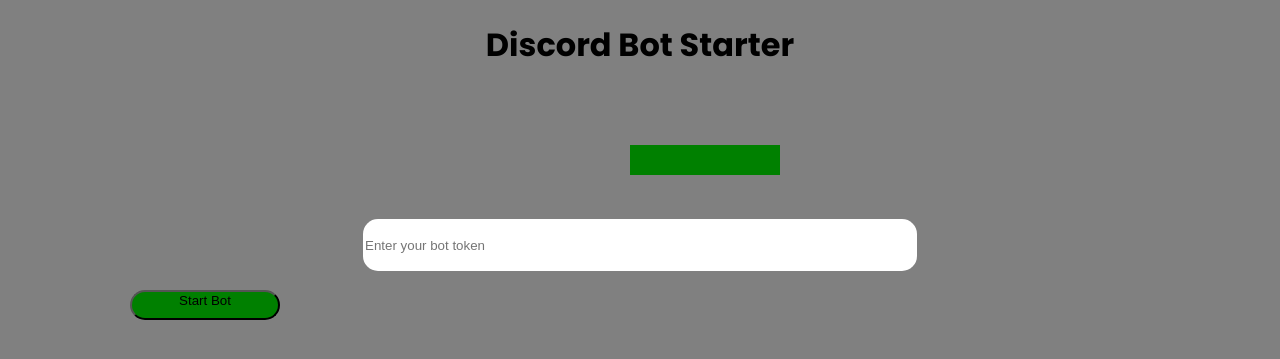
Repository: ranger2202/discord-bot-panel
Page: ranger-bot-runner/app/templates/landing.html
The author's editor kept a copy of each file at every save. The page is drawn from the files as they stood at one save, then again after a run of saves.
The browser window is 1280 px wide. The pictures show the whole page.

Above is the page before, as saved 2023-12-30 12:07:11.

### ranger-bot-runner/app/templates/landing.html
<!DOCTYPE html>
<html lang="en">
<head>
    <meta charset="UTF-8">
    <meta name="viewport" content="width=device-width, initial-scale=1.0">
    <link rel="stylesheet" href="./../static/landing.css">
    <link rel="preconnect" href="https://fonts.googleapis.com">
    <link rel="preconnect" href="https://fonts.gstatic.com" crossorigin>
    <link href="https://fonts.googleapis.com/css2?family=Poppins:wght@400;500;600;700&display=swap" rel="stylesheet">
    <title>Discord Bot Starterqwrqwr</title>
</head>
<body>
    <h1 class="bot-header">Discord Bot Starter</h1>
    <div class="bot-token">
        <input class="bot-token-password" type="password" id="token" placeholder="Enter your bot token">
    </div>
    <div class="start-button">
        <button class="start-button" onclick="startBot()">Start Bot</button>
    </div>


    <script type="text/javascript" src="./../static/js/app.js"></script>
</body>
</html>

### ranger-bot-runner/app/static/landing.css
body {
    background-color: grey;
    padding: 0;
    margin: 0;
    font-family: 'Poppins', sans-serif;
}
.start-button{
    cursor: pointer;
    display: flex;
    justify-content: center;
    position: absolute;
    right: 500px;
    width: 150px;
    height: 30px;
    background-color: green;


    top: 145px;
}
.start-button button{
    border-radius: 15px;

}
.bot-header{
    display: flex;
    justify-content: center;
}
.bot-token{
    display: flex;
    justify-content: center;
    margin-top: 150px;
}
.bot-token-password{
    width: 550px;
    height: 50px;
    border-radius: 15px;
    color: #000;
    border: none;

}

### ranger-bot-runner/app/static/js/app.js
function startBot() {
  var token = document.getElementById('token').value;
  fetch('/start_bot', {
      method: 'POST',
      headers: {
          'Content-Type': 'application/json',
      },
      body: JSON.stringify({ bot_token: token }),  // Adjusted to match server expectation
  })
  .then(response => response.json())
  .then(data => {
      alert(data.message);  // Display the server response message
  })
  .catch(error => {
      alert('There was an error somewhere.');
  });
}

After the next 3 saves:
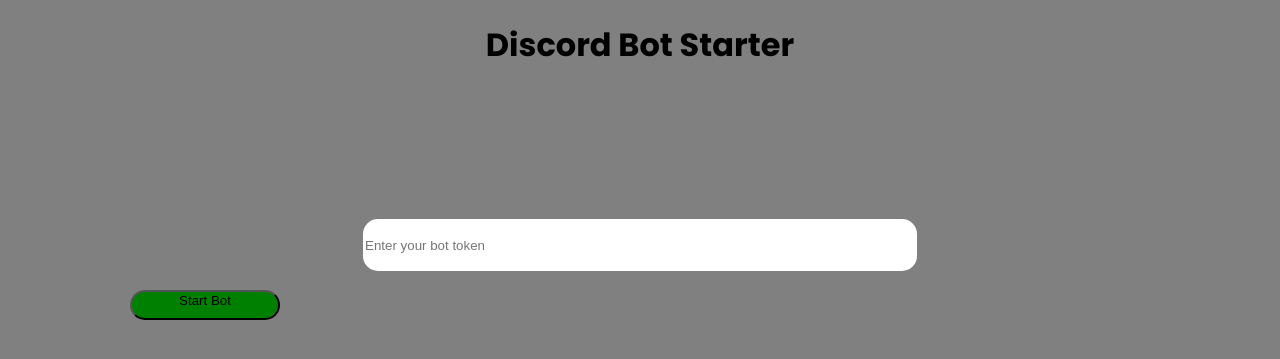
The 3 saves are shown as one change because they came seconds apart.
The last was saved 8 s later.
--- a/ranger-bot-runner/app/static/landing.css
+++ b/ranger-bot-runner/app/static/landing.css
@@ -12,13 +12,11 @@
     right: 500px;
     width: 150px;
     height: 30px;
-    background-color: green;
-
-
     top: 145px;
 }
 .start-button button{
     border-radius: 15px;
+    background-color: green;
 
 }
 .bot-header{
